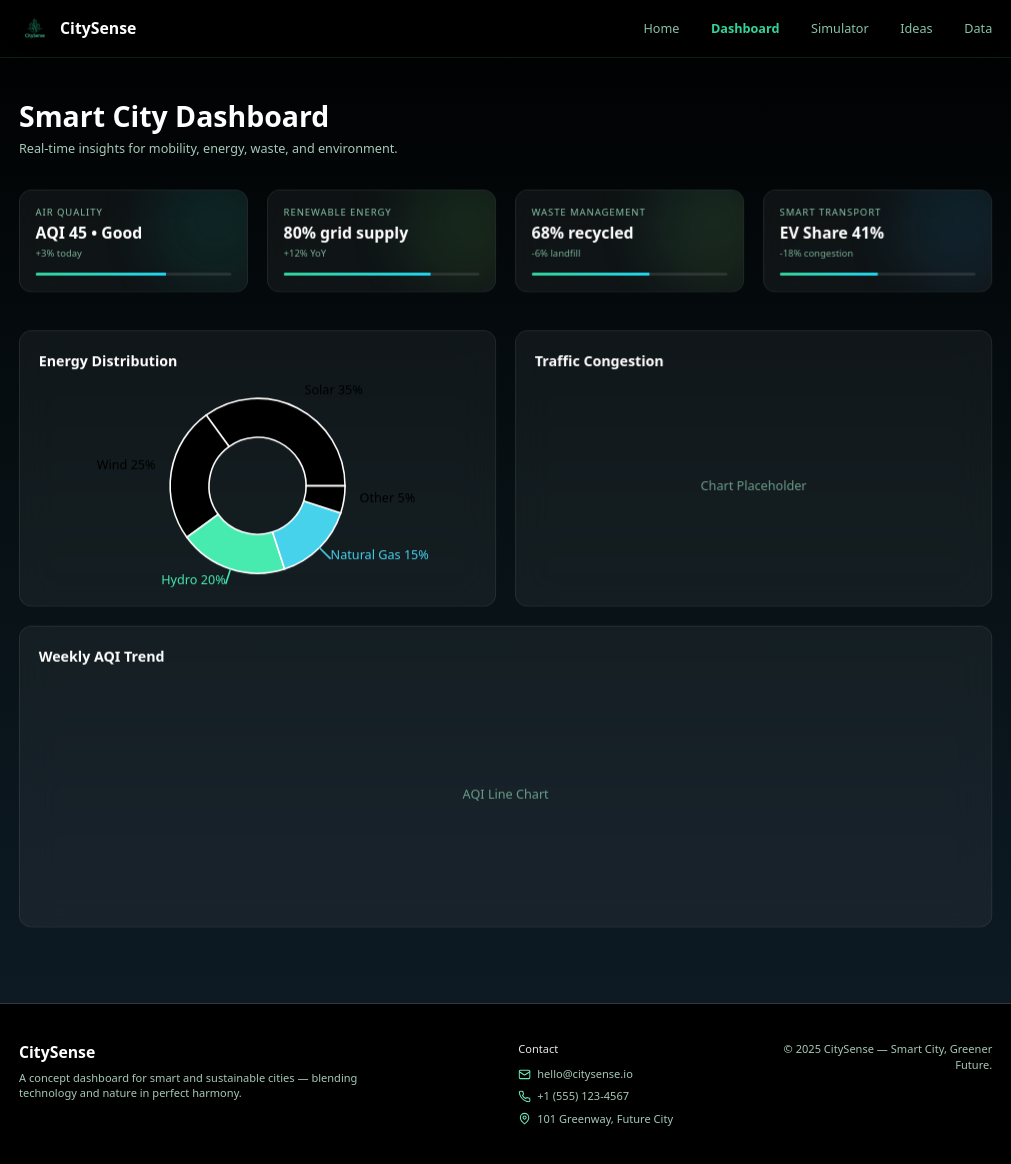
Repository: crashyet/CitySense
Page: /dashboard
An editor plug-in stored every save of this project. The page is shown before and after the next save, followed by the edit.
The browser window is 1280 px wide. The pictures show the whole page, at 79% of full size.
The project was rebuilt for these pictures with package versions that can differ from the ones it lists, and the page was loaded fresh each time. Also part of the build but not shown: vite.config.js, src/pages/landing/Hero.jsx, src/pages/landing/DashboardPreview.jsx, src/pages/landing/Infographic.jsx, src/pages/landing/Community.jsx, src/pages/landing/index.jsx, src/pages/Simulator/index.jsx, src/pages/Ideas/index.jsx and 1 more.

Above is the page before, as saved 2025-11-16 22:55:50.

After the next save:
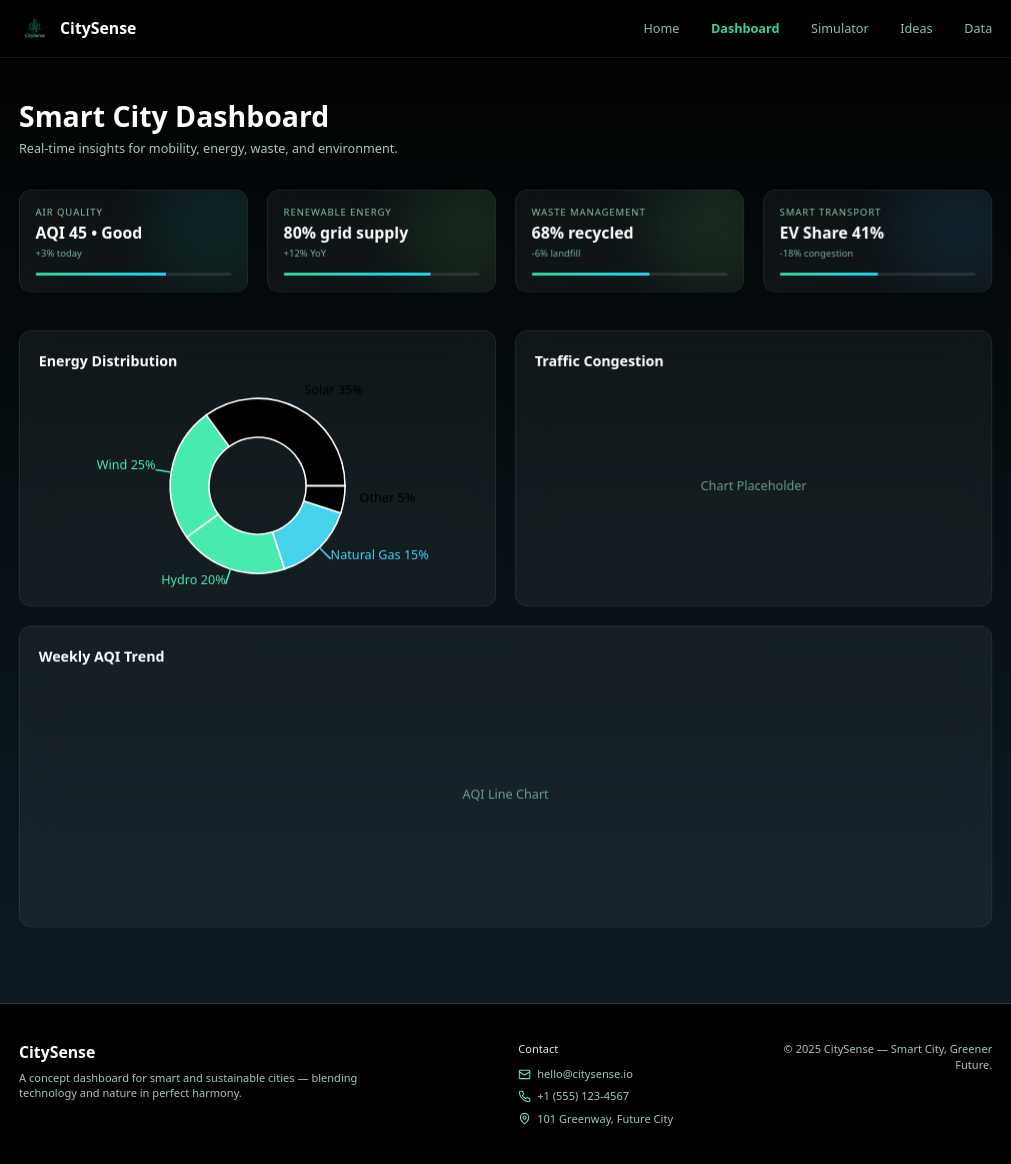
Saved 48 s later.
--- a/src/components/EnergyPieChart.jsx
+++ b/src/components/EnergyPieChart.jsx
@@ -2,7 +2,7 @@
 
 const data = [
   { name: "Solar", value: 35, color: "hsl(var(--secondary))" },
-  { name: "Wind", value: 25, color: "hsl(var(--accent))" },
+  { name: "Wind", value: 25, color: "hsl(158 80% 60%)" },
   { name: "Hydro", value: 20, color: "hsl(158 80% 60%)" },
   { name: "Natural Gas", value: 15, color: "hsl(189 80% 60%)" },
   { name: "Other", value: 5, color: "hsl(var(--muted))" },

After the save that followed:
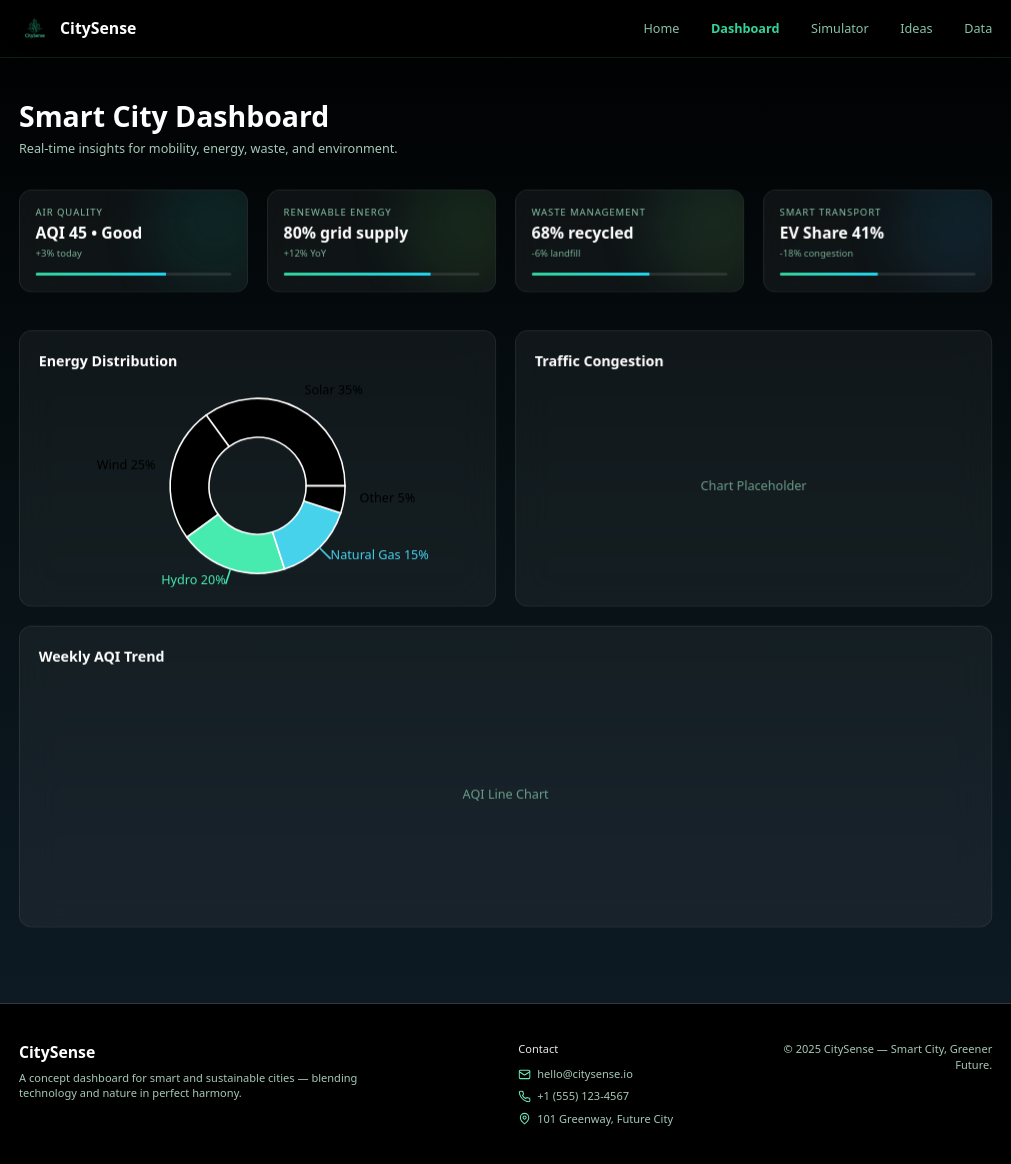
Saved 7 s later.
--- a/src/components/EnergyPieChart.jsx
+++ b/src/components/EnergyPieChart.jsx
@@ -2,7 +2,7 @@
 
 const data = [
   { name: "Solar", value: 35, color: "hsl(var(--secondary))" },
-  { name: "Wind", value: 25, color: "hsl(158 80% 60%)" },
+  { name: "Wind", value: 25, color: "hsl(var(--accent))" },
   { name: "Hydro", value: 20, color: "hsl(158 80% 60%)" },
   { name: "Natural Gas", value: 15, color: "hsl(189 80% 60%)" },
   { name: "Other", value: 5, color: "hsl(var(--muted))" },
